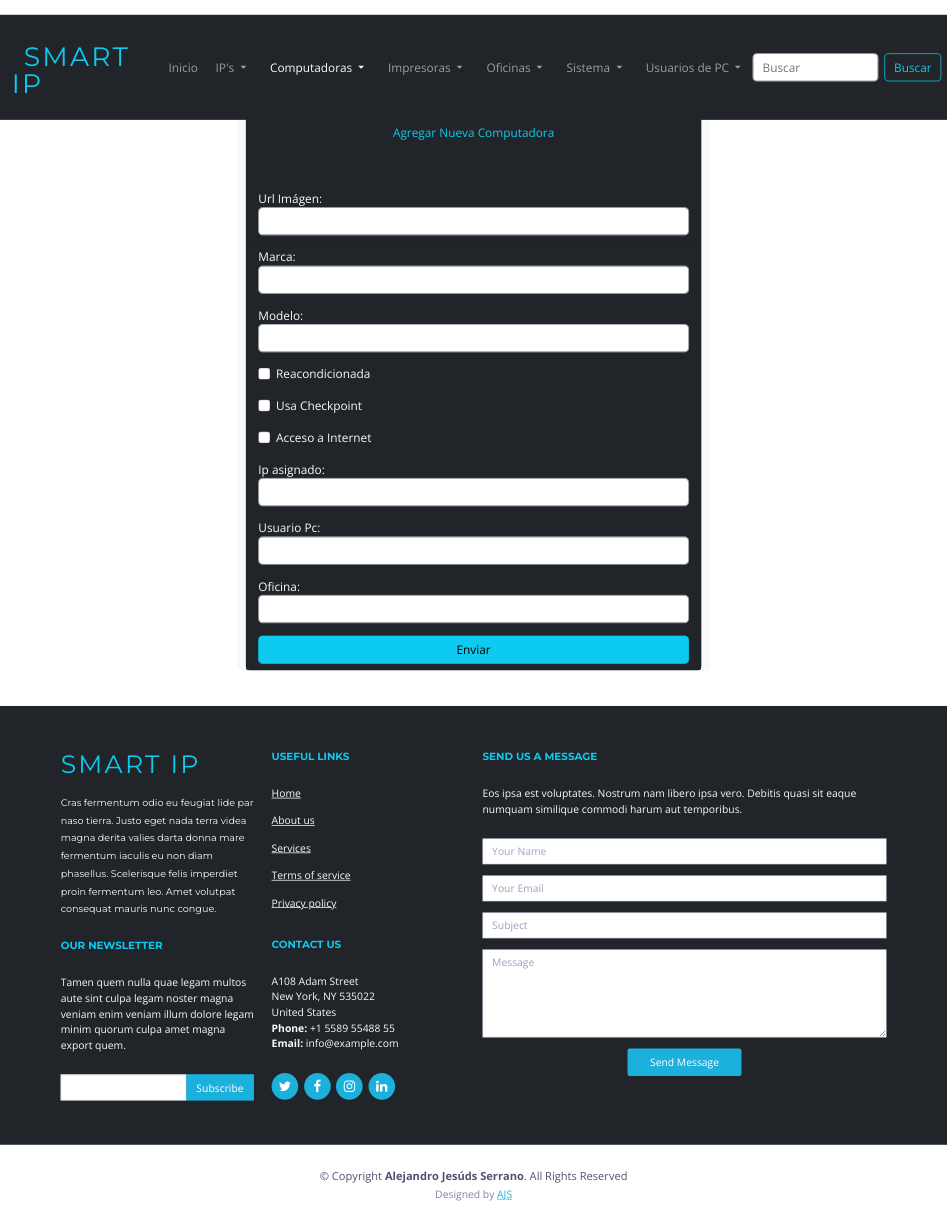
Repository: AlejandroJesusSerrano/SmartIPs
Page: smartip/smartipnav/templates/smartipnav/computer_form.html
The author's editor kept a copy of each file at every save. The page is drawn from the files as they stood at one save, then again after the next save.
The browser window is 1280 px wide. The pictures show the whole page, at 74% of full size.
The page is served by the project's application, run on Django 4.2 (smartip/manage.py). Other server files are loaded and not shown. The template is opened directly, without the code that normally fills it, so the values that code supplies are empty.

Above is the page before, as saved 2022-11-14 13:23:46.

### smartip/smartipnav/templates/smartipnav/computer_form.html
{% extends 'smartipnav/base.html' %}

{% block computeractive %}
    text-light
{% endblock %}

{% block content %}
<section>
    <div class="container col-lg-6 bg-light rounded">
        <div class="card mx-auto mt-5 bg-dark style="width: 20rem;">
            <div class="card-header bg-dark text-info mx-auto">
              Agregar Nueva Computadora
            </div>
            <form id=computer_add_form action="" method="post" class="mt-5">
                {% csrf_token %}
                <ul class="list-group list-group-flush">
                    <li class="list-group-item bg-dark">
                        <label class="form-control-label text-light" for="computer_image">Url Imágen: </label>
                        <input class="form-control" type="url" name="computer_image" id="computer_image">
                    </li>
                    <li class="list-group-item bg-dark">
                        <label class="form-control-label text-light" for="computer_brand">Marca: </label>
                        <input class="form-control" type="text" name="computer_brand" id="computer_brand">
                    </li>
                    <li class="list-group-item bg-dark">
                        <label class="form-control-label text-light" for="computer_model">Modelo: </label>
                        <input class="form-control" type="text" name="computer_model" id="computer_model">
                    </li>
                    <li class="list-group-item bg-dark">
                        <div class="form-check">
                            <label class="form-check-label text-light" for="flexCheckReac">
                                Reacondicionada
                            </label>
                            <input class="form-check-input" type="checkbox" value="" id="flexCheckReac">

                        </div>
                    </li>
                    <li class="list-group-item bg-dark">
                        <div class="form-check">
                            <label class="form-check-label text-light" for="flexCheckCheck">
                                Usa Checkpoint
                            </label>
                            <input class="form-check-input" type="checkbox" value="" id="flexCheckCheck">
                        </div>
                    </li>
                    <li class="list-group-item bg-dark">
                        <div class="form-check">
                            <label class="form-check-label text-light" for="flexCheckInternet">
                                Acceso a Internet
                            </label>
                            <input class="form-check-input" type="checkbox" value="" id="flexCheckInternet">
                        </div>
                    </li>
                    <li class="list-group-item bg-dark">
                        <label class="form-control-label text-light" for="computer_ip">Ip asignado: </label>
                        <input class="form-control" type="text" name="computer_ip" id="computer_ip">
                    </li>
                    <li class="list-group-item bg-dark">
                        <label class="form-control-label text-light" for="cumputer_user">Usuario Pc: </label>
                        <input class="form-control" type="text" namr="cumputer_user" id="cumputer_user">
                    </li>
                    <li class="list-group-item bg-dark">
                        <label class="form-control-label text-light" for="cumputer_office">Oficina: </label>
                        <input class="form-control" type="text" namr="cumputer_office" id="cumputer_office">
                    </li>
                    <li class="list-group-item bg-dark px-auto">
                        <button type="submit" class="btn btn-info row mx-auto w-100">Enviar</button>
                    </li>
                  </ul>
            </form>
        </div>
    </div>
</section>
{% endblock %}

### smartip/smartipnav/templates/smartipnav/base.html
<!DOCTYPE html>
<html lang="en">
<head>

  {% load static %}
  <meta charset="utf-8">
  <title>Smart IP</title>
  <meta content="width=device-width, initial-scale=1.0" name="viewport">
  <meta content="" name="keywords">
  <meta content="" name="description">

  <!-- Favicons -->
  <link href="{% static 'smartipnav/img/favicon.png' %}" rel="icon">
  <link href="{% static 'smartipnav/img/apple-touch-icon.png' %}" rel="apple-touch-icon">

  <!-- Google Fonts -->
  <link href="https://fonts.googleapis.com/css?family=Open+Sans:300,300i,400,400i,500,600,700,700i|Montserrat:300,400,500,600,700" rel="stylesheet">

  <!-- Bootstrap CSS File -->
  <link href="https://cdn.jsdelivr.net/npm/bootstrap@5.2.2/dist/css/bootstrap.min.css" rel="stylesheet" integrity="sha384-Zenh87qX5JnK2Jl0vWa8Ck2rdkQ2Bzep5IDxbcnCeuOxjzrPF/et3URy9Bv1WTRi" crossorigin="anonymous">

  <!-- Libraries CSS Files -->
  <link href="{% static 'smartipnav/lib/font-awesome/css/font-awesome.min.css' %}" rel="stylesheet">
  <link href="{% static 'smartipnav/lib/animate/animate.min.css' %}" rel="stylesheet">
  <link href="{% static 'smartipnav/lib/ionicons/css/ionicons.min.css' %}" rel="stylesheet">
  <link href="{% static 'smartipnav/lib/owlcarousel/assets/owl.carousel.min.css' %}" rel="stylesheet">
  <link href="{% static 'smartipnav/lib/lightbox/css/lightbox.min.css' %}" rel="stylesheet">

  <!-- Main Stylesheet File -->
  <link href="{% static 'smartipnav/css/style.css' %}" rel="stylesheet">

  <!-- =======================================================
    Theme Name: Rapid
    Theme URL: https://bootstrapmade.com/rapid-multipurpose-bootstrap-business-template/
    Author: BootstrapMade.com
    License: https://bootstrapmade.com/license/
  ======================================================= -->
</head>

<body>
  <!--==========================
  Header
  ============================-->
  <header id="header">
    <nav class="navbar navbar-expand-lg navbar-dark bg-dark mb-5">
      <a class="navbar-brand" href="index">
        <div class="logo mb-4">
          <!-- Uncomment below if you prefer to use an image logo -->
          <h1 class="text-bg-dark mx-auto"><a href="index"><span class= "text-info">Smart IP</span></a></h1>
          <!-- <a href="#header" class="scrollto"><img src="img/logo.png" alt="" class="img-fluid"></a> -->
        </div>
      </a>
      <button class="navbar-toggler" type="button" data-bs-toggle="collapse" data-bs-target="#navbarSupportedContent" aria-controls="navbarSupportedContent" aria-expanded="false" aria-label="Toggle navigation">
        <span class="navbar-toggler-icon"></span>
      </button>
      <div class="collapse navbar-collapse" id="navbarSupportedContent">
        <ul class="navbar-nav ms-auto mb-2 mb-lg-0">
          <li class="nav-item ">
            <a class="nav-link mt-2 {% block indexactive %} {% endblock %}" aria-current="page" href="{% url 'Inicio' %}">
              Inicio
            </a>
          </li>
          <li class="nav-link dropdown">
            <a class="nav-link {% block ipactive %} {% endblock %} dropdown-toggle" href="#" id="navbarDropdown" role="button" data-bs-toggle="dropdown" aria-expanded="false">
              IP's
            </a>
            <ul class="dropdown-menu" aria-labelledby="navbarDropdown">
              <li><a class="dropdown-item" href="{% url 'Ip' %}">Detalles IP</a></li>
              <li><a class="dropdown-item" href="{% url 'AddIp' %}">Registrar Nuevo IP</a></li>
              <li><a class="dropdown-item" href="{% url 'Ip' %}">Listar Direcciones IP</a></li>
            </ul>
          </li>
          <li class="nav-link dropdown">
            <a class="nav-link {% block computeractive %} {% endblock %} dropdown-toggle" href="#" id="navbarDropdown" role="button" data-bs-toggle="dropdown" aria-expanded="false">
              Computadoras
            </a>
            <ul class="dropdown-menu" aria-labelledby="navbarDropdown">
              <li><a class="dropdown-item" href="{% url 'Computers' %}">Detalle Computadora</a></li>
              <li><a class="dropdown-item" href="{% url 'AddComputer' %}">Registrar Nueva Computadora</a></li>
              <li><a class="dropdown-item" href="{% url 'ComputersList' %}">Listar Computadoras</a></li>
            </ul>
          </li>
          <li class="nav-link dropdown">
            <a class="nav-link dropdown-toggle {% block printeractive %} {% endblock %}" href="#" id="navbarDropdown" role="button" data-bs-toggle="dropdown" aria-expanded="false">
              Impresoras
            </a>
            <ul class="dropdown-menu" aria-labelledby="navbarDropdown">
              <li><a class="dropdown-item" href="{% url 'Printers' %}">Detalle Impresora</a></li>
              <li><a class="dropdown-item" href="{% url 'AddPrinter' %}">Registrar Nueva Impresora</a></li>
              <li><a class="dropdown-item" href="{% url 'PrintersList' %}">Listar Impresoras</a></li>
            </ul>
          </li>
          <li class="nav-link dropdown">
            <a class="nav-link {% block officeactive %} {% endblock %} dropdown-toggle" href="#" id="navbarDropdown" role="button" data-bs-toggle="dropdown" aria-expanded="false">
              Oficinas
            </a>
            <ul class="dropdown-menu" aria-labelledby="navbarDropdown">
              <li><a class="dropdown-item" href="{% url 'Offices' %}">Detalles Oficina</a></li>
              <li><a class="dropdown-item" href="{% url 'AddOffice' %}">Registrar Nueva Oficina</a></li>
              <li><a class="dropdown-item" href="{% url 'OfficesList' %}">Listar Oficinas</a></li>
            </ul>
          </li>
          <li class="nav-link dropdown">
            <a class="nav-link {% block usersactive %} {% endblock %} dropdown-toggle" href="#" id="navbarDropdown" role="button" data-bs-toggle="dropdown" aria-expanded="false">
              Sistema
            </a>
            <ul class="dropdown-menu" aria-labelledby="navbarDropdown">
              <li><a class="dropdown-item" href="{% url 'AddUser' %}">Registrar Nuevo Usuario</a></li>
              <li><a class="dropdown-item" href="{% url 'UsersList' %}">Usuarios Registrados</a></li>
            </ul>
          </li>
          <li class="nav-link dropdown">
            <a class="nav-link dropdown-toggle {% block userspcactive %} {% endblock %} " href="#" id="navbarDropdown" role="button" data-bs-toggle="dropdown" aria-expanded="false">
              Usuarios de PC
            </a>
            <ul class="dropdown-menu" aria-labelledby="navbarDropdown">
              <li><a class="dropdown-item" href="{% url 'UsersPc' %}">Detalles de Usuario PC</a></li>
              <li><a class="dropdown-item" href="{% url 'AddUserPc' %}">Agregar Usuario PC</a></li>
              <li><a class="dropdown-item" href="{% url 'UserspcList' %}">Listar Usuarios PC</a></li>
            </ul>
          </li>
        </ul>
        <form class="d-flex" role="search">
          <input class="form-control me-2" type="search" placeholder="Buscar" aria-label="Buscar">
          <button class="btn btn-outline-info me-2" type="submit">Buscar</button>
        </form>
      </div>
    </nav>
  </header><!-- #header -->


    {% block content %}

    {% endblock %}



  <!--==========================
    Footer
  ============================-->
  <footer id="footer" class="section-bg">
    <div class="mt-5 footer-top bg-dark">
      <div class="container bg-dark">

        <div class="row">

          <div class="col-lg-6">

            <div class="row">

                <div class="col-sm-6">

                  <div class="footer-info">
                    <h3 class="text-info">Smart Ip</h3>
                    <p class="text-light">Cras fermentum odio eu feugiat lide par naso tierra. Justo eget nada terra videa magna derita valies darta donna mare fermentum iaculis eu non diam phasellus. Scelerisque felis imperdiet proin fermentum leo. Amet volutpat consequat mauris nunc congue.</p>
                  </div>

                  <div class="footer-newsletter">
                    <h4 class="text-info">Our Newsletter</h4>
                    <p class="text-light">Tamen quem nulla quae legam multos aute sint culpa legam noster magna veniam enim veniam illum dolore legam minim quorum culpa amet magna export quem.</p>
                    <form action="" method="post">
                      <input type="email" name="email"><input type="submit"  value="Subscribe">
                    </form>
                  </div>

                </div>

                <div class="col-sm-6">
                  <div class="footer-links">
                    <h4 class="text-info">Useful Links</h4>
                    <ul>
                      <li><a class="text-light" href="#">Home</a></li>
                      <li><a class="text-light" href="#">About us</a></li>
                      <li><a class="text-light" href="#">Services</a></li>
                      <li><a class="text-light" href="#">Terms of service</a></li>
                      <li><a class="text-light" href="#">Privacy policy</a></li>
                    </ul>
                  </div>

                  <div class="footer-links">
                    <h4 class="text-info">Contact Us</h4>
                    <p class="text-light">
                      A108 Adam Street <br>
                      New York, NY 535022<br>
                      United States <br>
                      <strong>Phone:</strong> +1 5589 55488 55<br>
                      <strong>Email:</strong> info@example.com<br>
                    </p>
                  </div>

                  <div class="social-links">
                    <a href="#" class="twitter"><i class="fa fa-twitter"></i></a>
                    <a href="#" class="facebook"><i class="fa fa-facebook"></i></a>
                    <a href="#" class="instagram"><i class="fa fa-instagram"></i></a>
                    <a href="#" class="linkedin"><i class="fa fa-linkedin"></i></a>
                  </div>

                </div>

            </div>

          </div>

          <div class="col-lg-6">

            <div class="form">

              <h4 class="text-info">Send us a message</h4>
              <p class= "text-light">Eos ipsa est voluptates. Nostrum nam libero ipsa vero. Debitis quasi sit eaque numquam similique commodi harum aut temporibus.</p>
              <form action="" method="post" role="form" class="contactForm">
                <div class="form-group">
                  <input type="text" name="name" class="form-control" id="name" placeholder="Your Name" data-rule="minlen:4" data-msg="Please enter at least 4 chars" />
                  <div class="validation"></div>
                </div>
                <div class="form-group">
                  <input type="email" class="form-control" name="email" id="email" placeholder="Your Email" data-rule="email" data-msg="Please enter a valid email" />
                  <div class="validation"></div>
                </div>
                <div class="form-group">
                  <input type="text" class="form-control" name="subject" id="subject" placeholder="Subject" data-rule="minlen:4" data-msg="Please enter at least 8 chars of subject" />
                  <div class="validation"></div>
                </div>
                <div class="form-group">
                  <textarea class="form-control" name="message" rows="5" data-rule="required" data-msg="Please write something for us" placeholder="Message"></textarea>
                  <div class="validation"></div>
                </div>

                <div id="sendmessage">Your message has been sent. Thank you!</div>
                <div id="errormessage"></div>

                <div class="text-center"><button type="submit" title="Send Message">Send Message</button></div>
              </form>
            </div>

          </div>



        </div>

      </div>
    </div>

    <div class="container">
      <div class="copyright">
        &copy; Copyright <strong>Alejandro Jesúds Serrano</strong>. All Rights Reserved
      </div>
      <div class="credits">
        <!--
          All the links in the footer should remain intact.
          You can delete the links only if you purchased the pro version.
          Licensing information: https://bootstrapmade.com/license/
          Purchase the pro version with working PHP/AJAX contact form: https://bootstrapmade.com/buy/?theme=Rapid
        -->
        Designed by <a href="https://AJS.com/">AJS</a>
      </div>
    </div>
  </footer><!-- #footer -->

  <a href="#" class="back-to-top"><i class="fa fa-chevron-up"></i></a>
  <!-- Uncomment below i you want to use a preloader -->
  <!-- <div id="preloader"></div> -->

  <!-- JavaScript Libraries -->
  <script src="{% static 'smartipnav/lib/jquery/jquery.min.js' %}"></script>
  <script src="{% static 'smartipnav/lib/jquery/jquery-migrate.min.js' %}"></script>
  <script src="https://cdn.jsdelivr.net/npm/bootstrap@5.2.2/dist/js/bootstrap.bundle.min.js" integrity="sha384-OERcA2EqjJCMA+/3y+gxIOqMEjwtxJY7qPCqsdltbNJuaOe923+mo//f6V8Qbsw3" crossorigin="anonymous"></script>
  <script src="{% static 'smartipnav/lib/easing/easing.min.js' %}"></script>
  <script src="{% static 'smartipnav/lib/mobile-nav/mobile-nav.js' %}"></script>
  <script src="{% static 'smartipnav/lib/wow/wow.min.js' %}"></script>
  <script src="{% static 'smartipnav/lib/waypoints/waypoints.min.js' %}"></script>
  <script src="{% static 'smartipnav/lib/counterup/counterup.min.js' %}"></script>
  <script src="{% static 'smartipnav/lib/owlcarousel/owl.carousel.min.js' %}"></script>
  <script src="{% static 'smartipnav/lib/isotope/isotope.pkgd.min.js' %}"></script>
  <script src="{% static 'smartipnav/lib/lightbox/js/lightbox.min.js' %}"></script>
  <!-- Contact Form JavaScript File -->
  <script src="{% static 'smartipnav/contactform/contactform.js' %}"></script>

  <!-- Template Main Javascript File -->
  <script src="{% static 'smartipnav/js/main.js' %}"></script>

</body>
</html>

### smartip/smartip/urls.py
"""smartip URL Configuration

The `urlpatterns` list routes URLs to views. For more information please see:
    https://docs.djangoproject.com/en/4.1/topics/http/urls/
Examples:
Function views
    1. Add an import:  from my_app import views
    2. Add a URL to urlpatterns:  path('', views.home, name='home')
Class-based views
    1. Add an import:  from other_app.views import Home
    2. Add a URL to urlpatterns:  path('', Home.as_view(), name='home')
Including another URLconf
    1. Import the include() function: from django.urls import include, path
    2. Add a URL to urlpatterns:  path('blog/', include('blog.urls'))
"""
from django.contrib import admin
from django.urls import path

urlpatterns = [
    path('admin/', admin.site.urls),
]

Loaded but not shown: smartip/smartipnav/static/smartipnav/lib/font-awesome/css/font-awesome.min.css (library); smartip/smartipnav/static/smartipnav/lib/animate/animate.min.css (library); smartip/smartipnav/static/smartipnav/lib/ionicons/css/ionicons.min.css (library); smartip/smartipnav/static/smartipnav/lib/owlcarousel/assets/owl.carousel.min.css (library); smartip/smartipnav/static/smartipnav/lib/lightbox/css/lightbox.min.css (common file); smartip/smartipnav/static/smartipnav/lib/jquery/jquery.min.js (library); smartip/smartipnav/static/smartipnav/lib/jquery/jquery-migrate.min.js (library); smartip/smartipnav/static/smartipnav/lib/easing/easing.min.js (common file); smartip/smartipnav/static/smartipnav/lib/mobile-nav/mobile-nav.js (common file); smartip/smartipnav/static/smartipnav/lib/wow/wow.min.js (library); smartip/smartipnav/static/smartipnav/lib/waypoints/waypoints.min.js (library); smartip/smartipnav/static/smartipnav/lib/counterup/counterup.min.js (common file); smartip/smartipnav/static/smartipnav/lib/owlcarousel/owl.carousel.min.js (library); smartip/smartipnav/static/smartipnav/lib/isotope/isotope.pkgd.min.js (library); smartip/smartipnav/static/smartipnav/lib/lightbox/js/lightbox.min.js (library); smartip/smartipnav/static/smartipnav/js/main.js (131 lines, source omitted); smartip/smartipnav/static/smartipnav/contactform/contactform.js (118 lines, source omitted); smartip/smartipnav/static/smartipnav/css/style.css (1573 lines, source omitted)

After the next save:
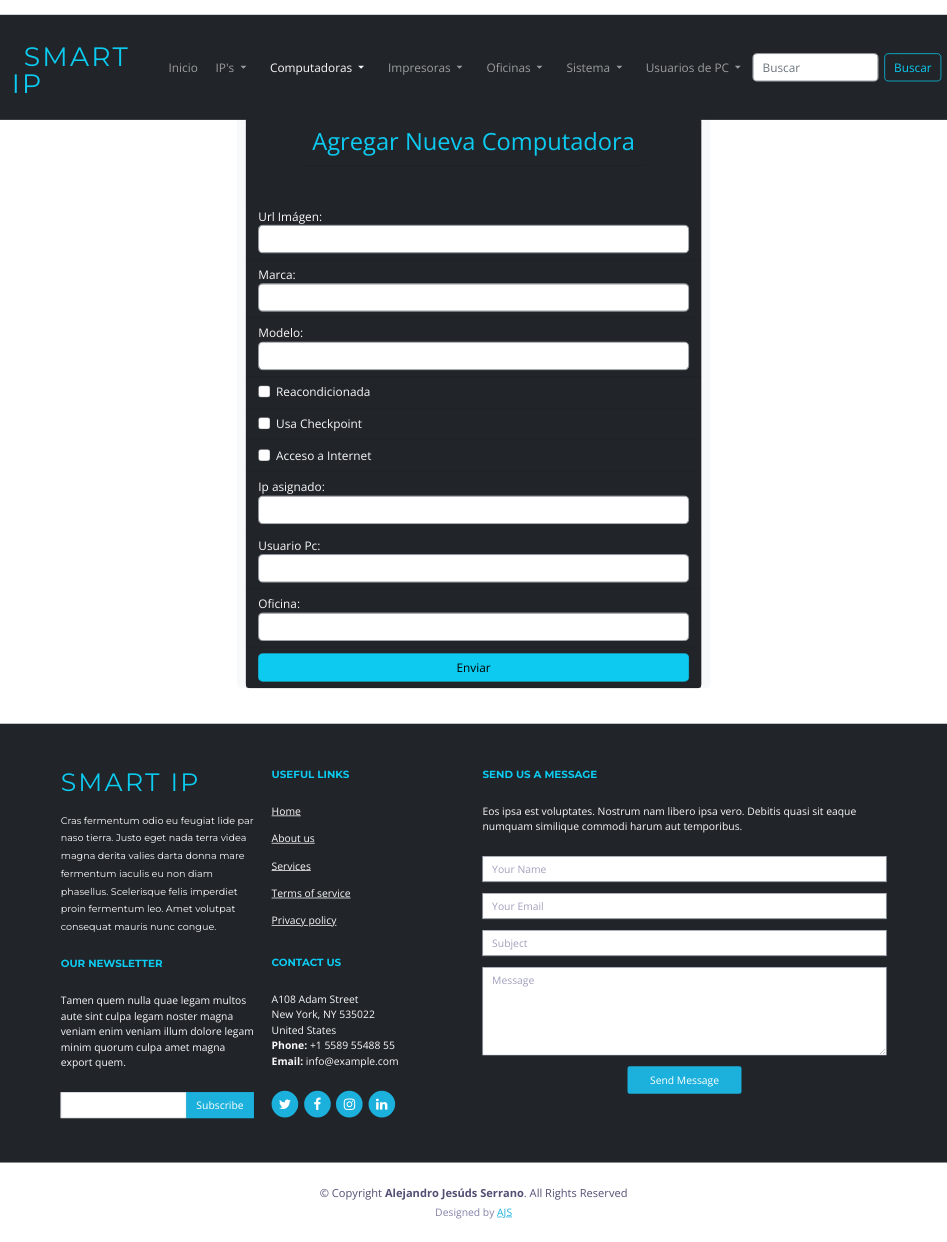
Saved 34 s later.
--- a/smartip/smartipnav/templates/smartipnav/computer_form.html
+++ b/smartip/smartipnav/templates/smartipnav/computer_form.html
@@ -9,7 +9,7 @@
     <div class="container col-lg-6 bg-light rounded">
         <div class="card mx-auto mt-5 bg-dark style="width: 20rem;">
             <div class="card-header bg-dark text-info mx-auto">
-              Agregar Nueva Computadora
+                <p class="fs-2 my-0">Agregar Nueva Computadora</p>
             </div>
             <form id=computer_add_form action="" method="post" class="mt-5">
                 {% csrf_token %}
